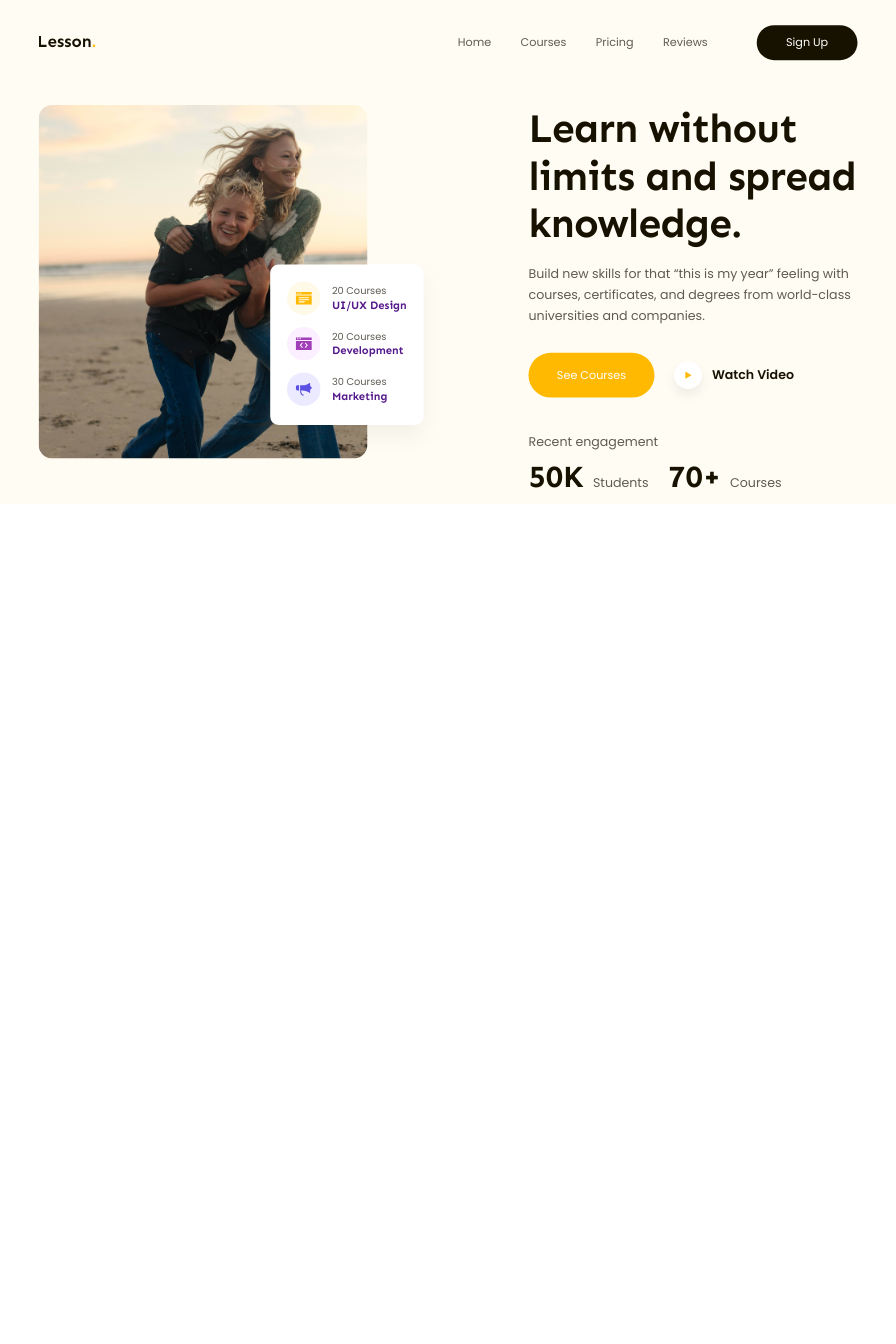
Repository: tinhtranjp/htmlcss-01
Page: index.html
The author's editor kept a copy of each file at every save. The page is drawn from the files as they stood at one save, then again after the next save.
The browser window is 1280 px wide. The pictures show the part of the page from y = 0 to 1920 px (the page is 5000 px tall), at 70% of full size.

Above is the page before, as saved 2023-01-20 02:49:22.

After the next save:
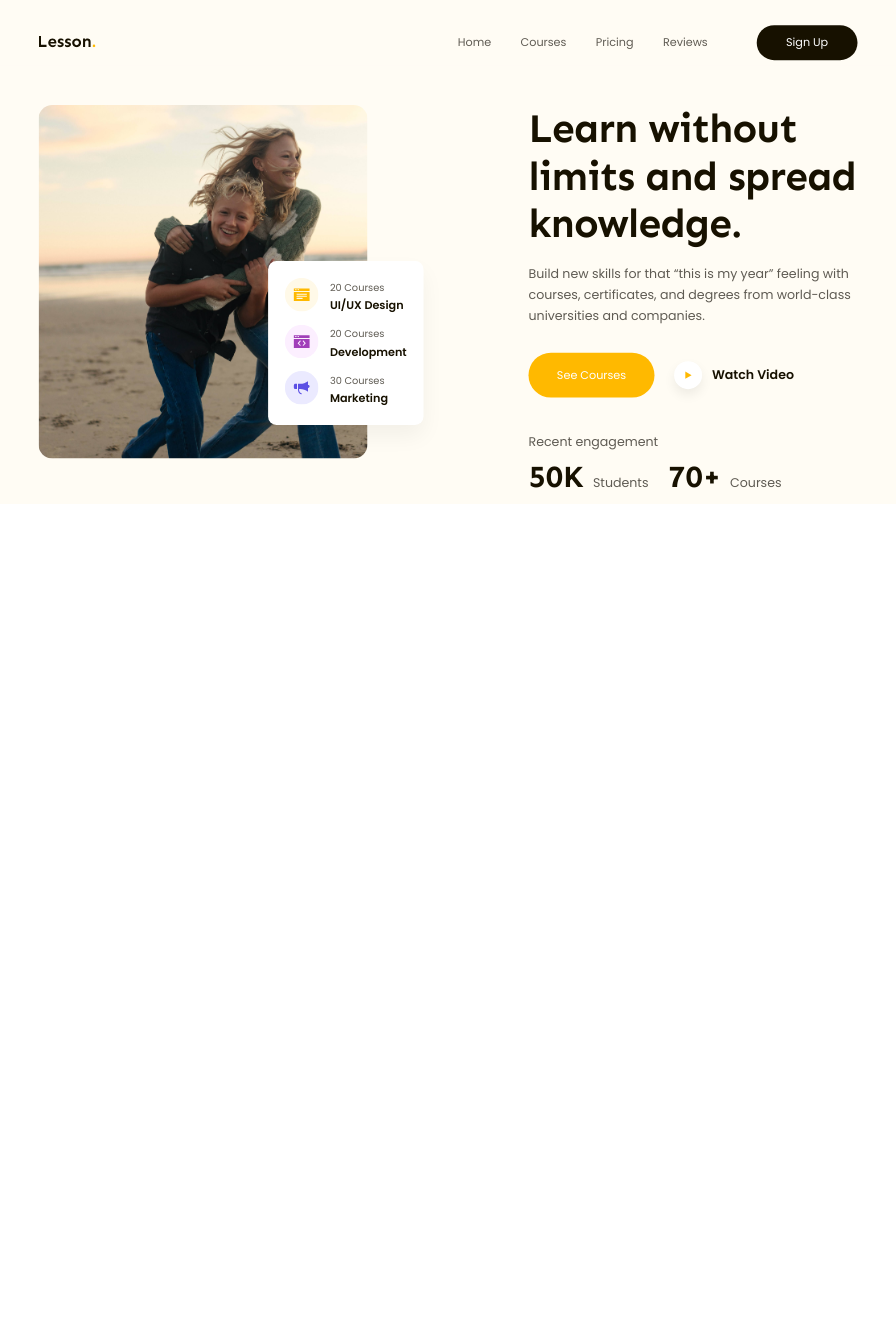
Saved 72 s later.
--- a/assets/css/styles.css
+++ b/assets/css/styles.css
@@ -125,7 +125,7 @@
   color: #5f5b53;
 }
 
-.hero-img-block .marketing .title a {
+.hero-img-block .marketing .sub-title a {
   font-family: "Poppins", sans-serif;
   font-weight: 600;
   line-height: 1.67;
